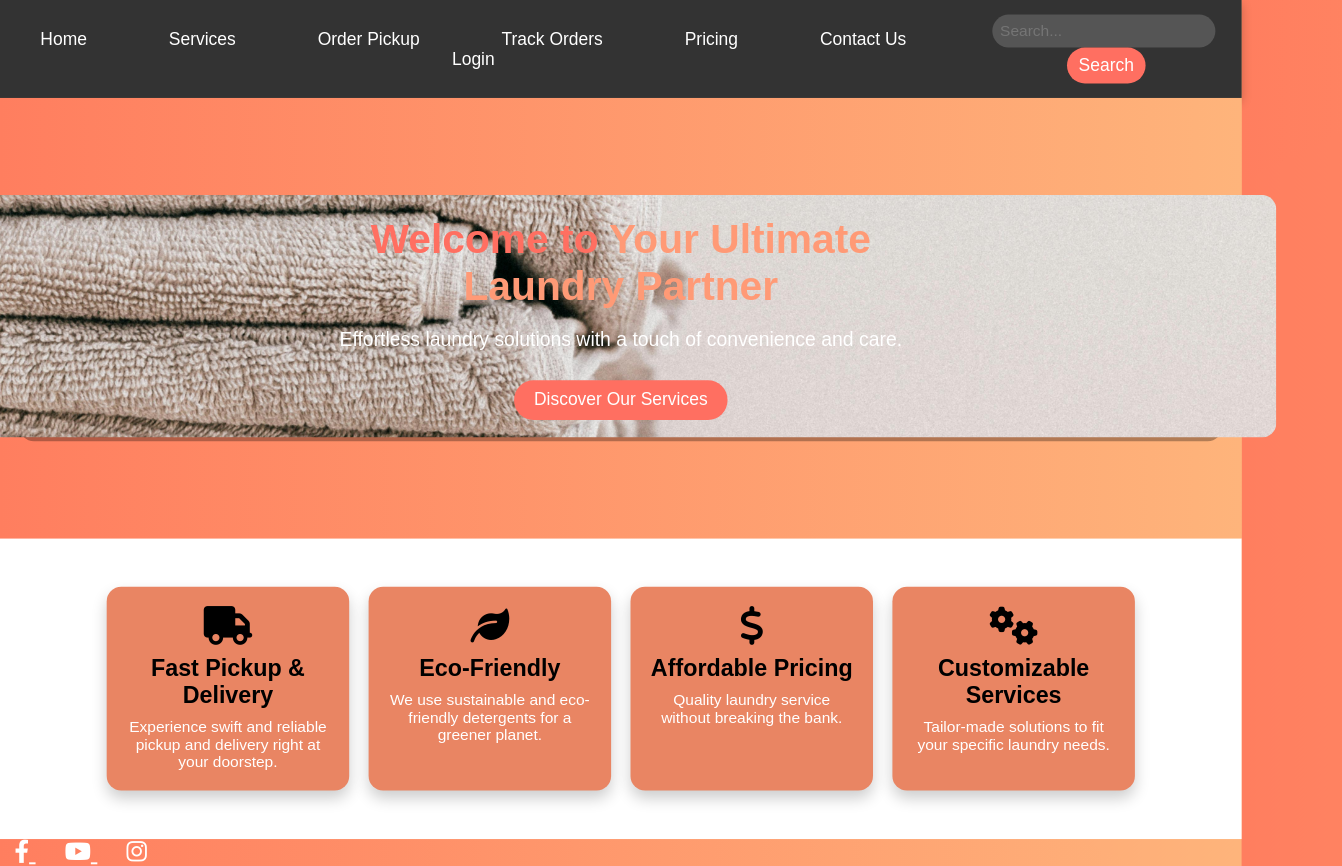
Repository: wmrmweerakoon/Online-Laundry-Management-System
Page: http://localhost/LaundryManagementSystem/home.jsp
An editor plug-in stored every save of this project. The page is shown before and after the next save, followed by the edit.
The browser window is 1280 px wide. The page is 1384 px wide, so the pictures cover 1384 px, including what lies to the right of the window. The pictures show the whole page, at 97% of full size.
The page is served by Tomcat 9. Other server files are loaded and not shown.

Above is the page before, as saved 2024-10-08 03:53:54.

### Projects/LaundryManagementSystem/src/main/webapp/home.jsp
<%@ page language="java" contentType="text/html; charset=UTF-8"
    pageEncoding="UTF-8"%>
<!DOCTYPE html>
<html lang="en">
<head>
    <meta charset="UTF-8">
    <meta name="viewport" content="width=device-width, initial-scale=1.0">
    <title>Online Laundry Management System</title>
    <link rel="stylesheet" href="CSS/home.css">
    <link rel="stylesheet" href="https://cdnjs.cloudflare.com/ajax/libs/font-awesome/6.0.0-beta3/css/all.min.css">
</head>
<body >
    <header>
        <nav>
            <ul>
                <li><a href="#">Home</a></li>
                <li><a href="services.jsp">Services</a></li>
                <li><a href="order.jsp">Order Pickup</a></li>
                <li><a href="track.jsp">Track Orders</a></li>
                <li><a href="pricing.jsp">Pricing</a></li>
                <li><a href="contact.jsp">Contact Us</a></li>
                <li><a href="Login.jsp">Login</a></li>
            </ul>
            <div class="search-container">
                <input type="text" id="search" placeholder="Search...">
                <button onclick="performSearch()">Search</button>
            </div>
        </nav>
    </header>

    <!-- Home Section with Slider -->
    <section class="home-section">
        <div class="slider">
            <img src="laundry1.jpg" alt="Laundry Service" class="slider-img" id="slider-img">
        </div>

        <div class="welcome-text">
            <h1>Welcome to <span class="highlight">Your Ultimate Laundry Partner</span></h1>
            <p>Effortless laundry solutions with a touch of convenience and care.</p>
            <button onclick="window.location.href='services.jsp'">Discover Our Services</button>
        </div>
    </section>

    <!-- New Information Section -->
    <section class="info-section">
        <div class="info-cards">
            <div class="info-card">
                <i class="fas fa-truck"></i>
                <h3>Fast Pickup & Delivery</h3>
                <p>Experience swift and reliable pickup and delivery right at your doorstep.</p>
            </div>
            <div class="info-card">
                <i class="fas fa-leaf"></i>
                <h3>Eco-Friendly</h3>
                <p>We use sustainable and eco-friendly detergents for a greener planet.</p>
            </div>
            <div class="info-card">
                <i class="fas fa-dollar-sign"></i>
                <h3>Affordable Pricing</h3>
                <p>Quality laundry service without breaking the bank.</p>
            </div>
            <div class="info-card">
                <i class="fas fa-cogs"></i>
                <h3>Customizable Services</h3>
                <p>Tailor-made solutions to fit your specific laundry needs.</p>
            </div>
        </div>
    </section>

    <!-- Social Media Footer -->
    <footer class="social-media">
        <a href="https://www.facebook.com" target="_blank" class="social-icon">
            <i class="fab fa-facebook-f"></i>
        </a>
        <a href="https://www.youtube.com" target="_blank" class="social-icon">
            <i class="fab fa-youtube"></i>
        </a>
        <a href="https://www.instagram.com" target="_blank" class="social-icon">
            <i class="fab fa-instagram"></i>
        </a>
    </footer>

    <script >

    		function exploreServices() {
        alert("Explore our services including washing, ironing, dry cleaning, and more!");
    }

    function performSearch() {
        var query = document.getElementById("search").value;
        if (query) {
            alert("Searching for: " + query);
        } else {
            alert("Please enter a search term.");
        }
    }
    const images = ['CSS/image1.jpg', 'CSS/image2.jpg', 'CSS/image3.jpg'];
    let currentIndex = 0;

    function changeImage() {
        const sliderImg = document.getElementById('slider-img');
        currentIndex = (currentIndex + 1) % images.length; // Cycle through images
        sliderImg.src = images[currentIndex];
    }

    // Change image every 3 seconds
    setInterval(changeImage, 3000);
    </script>
</body>
</html>

### Projects/LaundryManagementSystem/src/main/webapp/CSS/home.css
@charset "UTF-8";
/* Define CSS Variables for easy customization */
:root {
    --primary-color: #ff6f61 !important; /* Coral Pink */
    --secondary-color: #ff9a76 !important; /* Light Coral */
    --accent-color: #ffffff !important; /* White */
    --hover-color: #ff4824 !important; /* Darker Coral */
    --menu-bg-color: #333 !important; /* Darker gray for menu bar */
    --menu-hover-bg-color: #444 !important; /* Slightly lighter gray for hover */
    --menu-text-color: #ffffff !important; /* White text for contrast */
    --search-bar-bg: #555 !important; /* Medium dark background for search bar */
    --bg-gradient-start: #f8f9fa !important; /* Light Gradient Start */
    --bg-gradient-end: #e0f7fa !important;  /* Light Teal Gradient End */
    --text-primary: #212529 !important; /* Darker text color */
    --button-hover-color: #ff4824 !important; /* Deep Coral */
}

* {
    margin: 0 !important;
    padding: 0 !important;
    box-sizing: border-box !important;
}

body {
    font-family: 'Arial', sans-serif !important;
    background: linear-gradient(to right, #ff7e5f, #feb47b) !important; /* Colorful gradient */
    color: var(--text-primary) !important;
}

/* The rest of your CSS remains unchanged */


/* Darker Menu Bar */
header {
    background-color: var(--menu-bg-color) !important;
    padding: 15px 0 !important;
    box-shadow: 0 4px 10px rgba(0, 0, 0, 0.2) !important;
}

nav {
    text-align: center !important;
    display: flex !important;
    justify-content: center !important;
    align-items: center !important;
    position: relative !important;
}

nav ul {
    list-style-type: none !important;
}

nav ul li {
    display: inline-block !important;
    margin: 0 20px !important;
    position: relative !important;
}

nav ul li a {
    color: var(--menu-text-color) !important; /* White text on darker background */
    text-decoration: none !important;
    font-size: 18px !important;
    padding: 12px 20px !important;
    transition: background-color 0.3s ease, transform 0.2s ease !important;
    position: relative !important;
    border-radius: 8px !important;
}

nav ul li a:hover {
    background-color: var(--menu-hover-bg-color) !important; /* Slightly lighter gray */
    transform: scale(1.05) !important;
    box-shadow: 0 4px 10px rgba(0, 0, 0, 0.2) !important;
}

nav ul li a::after {
    content: '' !important;
    position: absolute !important;
    width: 0 !important;
    height: 3px !important;
    background-color: var(--primary-color) !important; /* Coral underline on hover */
    left: 0 !important;
    bottom: 0 !important;
    transition: width 0.3s ease !important;
}

nav ul li a:hover::after {
    width: 100% !important;
}

/* Search Bar */
.search-container {
    display: inline-block !important;
    vertical-align: middle !important;
    margin-left: 20px !important;
}

.search-container input {
    padding: 8px !important;
    font-size: 16px !important;
    border: none !important;
    border-radius: 20px !important;
    width: 230px !important;
    background-color: var(--search-bar-bg) !important; /* Medium dark background for search */
    color: var(--accent-color) !important; /* White text in search bar */
    outline: none !important;
    transition: all 0.3s ease !important;
}

.search-container input:focus {
    width: 270px !important;
    background-color: #666 !important;
}

.search-container button {
    padding: 8px 12px !important;
    background-color: var(--primary-color) !important;
    color: var(--accent-color) !important;
    border: none !important;
    border-radius: 20px !important;
    cursor: pointer !important;
    margin-left: 5px !important;
}

.search-container button:hover {
    background-color: var(--hover-color) !important;
    box-shadow: 0 4px 6px rgba(0, 0, 0, 0.2) !important;
}

/* Home Section */
/* Home Section */
.home-section {
    text-align: center !important;
    padding: 100px 20px !important;
    background: linear-gradient(to right, #ff7e5f, #feb47b) !important; /* Updated gradient */
    position: relative !important;
}


.slider {
    position: relative !important;
}

.slider-img {
    width: 110% !important;
    height: 250px !important;
    object-fit: cover !important;
    border-radius: 15px !important;
    transition: transform 0.3s ease-in-out !important;
    transform: translateX(-5%) !important;
}

.slider::before {
    content: '' !important;
    position: absolute !important;
    top: 0 !important;
    left: 0 !important;
    width: 100% !important;
    height: 100% !important;
    background: rgba(0, 0, 0, 0.3) !important; /* Adjust color and opacity as needed */
    border-radius: 15px !important;
}

.welcome-text {
    position: absolute !important;
    top: 50% !important;
    left: 50% !important;
    transform: translate(-50%, -50%) !important;
    color: var(--accent-color) !important;
}

.welcome-text h1 {
    font-size: 42px !important;
    color: var(--primary-color) !important;
    margin-bottom: 20px !important;
}

.welcome-text p {
    font-size: 20px !important;
    margin-bottom: 30px !important;
}

.welcome-text .highlight {
    color: var(--secondary-color) !important;
}

button {
    padding: 10px 20px !important;
    font-size: 18px !important;
    background-color: var(--primary-color) !important;
    color: var(--accent-color) !important;
    border: none !important;
    cursor: pointer !important;
    border-radius: 20px !important;
    transition: background-color 0.3s ease, transform 0.3s ease !important;
}

button:hover {
    background-color: var(--button-hover-color) !important;
    transform: scale(1.05) !important;
}

/* New Information Section Styling */
.info-section {
    text-align: center !important;
    padding: 50px 20px !important;
    background: #fff; /* Set this to the desired background color for cards */
    color: var(--text-primary) !important;
}

.info-cards {
    display: flex !important;
    justify-content: center !important;
    flex-wrap: wrap !important;
    gap: 20px !important;
}

.info-card {
    background-color: #4a90e2 !important; /* Soft Blue background color for cards */
    border-radius: 15px !important;
    padding: 20px !important;
    width: 250px !important;
    text-align: center !important;
    box-shadow: 0 8px 15px rgba(0, 0, 0, 0.2) !important;
    transition: transform 0.3s ease, box-shadow 0.3s ease, background-color 0.3s ease !important;
}

./* New Information Section Styling */
.info-section {
    text-align: center !important;
    padding: 50px 20px !important;
    background: #f7f7f7; /* Light grey background for better contrast */
    color: var(--text-primary) !important;
}

.info-cards {
    display: flex !important;
    justify-content: center !important;
    flex-wrap: wrap !important;
    gap: 20px !important;
}

.info-card {
    background-color: #e98563!important; /* Soft Green background color for cards */
    border-radius: 15px !important;
    padding: 20px !important;
    width: 250px !important;
    text-align: center !important;
    box-shadow: 0 8px 15px rgba(0, 0, 0, 0.2) !important;
    transition: transform 0.3s ease, box-shadow 0.3s ease, background-color 0.3s ease !important;
}

.info-card i {
    font-size: 40px !important;
    color: #000000!important; /* White icon color for better visibility */
    margin-bottom: 10px !important;
}

.info-card h3 {
    font-size: 24px !important;
    color: #000000!important; /* White text color for better visibility */
    margin-bottom: 10px !important;
}

.info-card p {
    font-size: 16px !important;
    color: #ffffff !important; /* White text color for better visibility */
}

.info-card:hover {
    transform: scale(1.05) !important;
    box-shadow: 0 12px 20px rgba(0, 0, 0, 0.3) !important;
    background-color: #3d9e3b !important; /* Darker Green on hover */
}


.social-media a {
    color: var(--accent-color) !important;
    font-size: 24px !important;
    margin: 0 15px !important;
    transition: color 0.3s ease !important;
}

.social-media a:hover {
    color: var(--primary-color) !important;
}

After the next save:
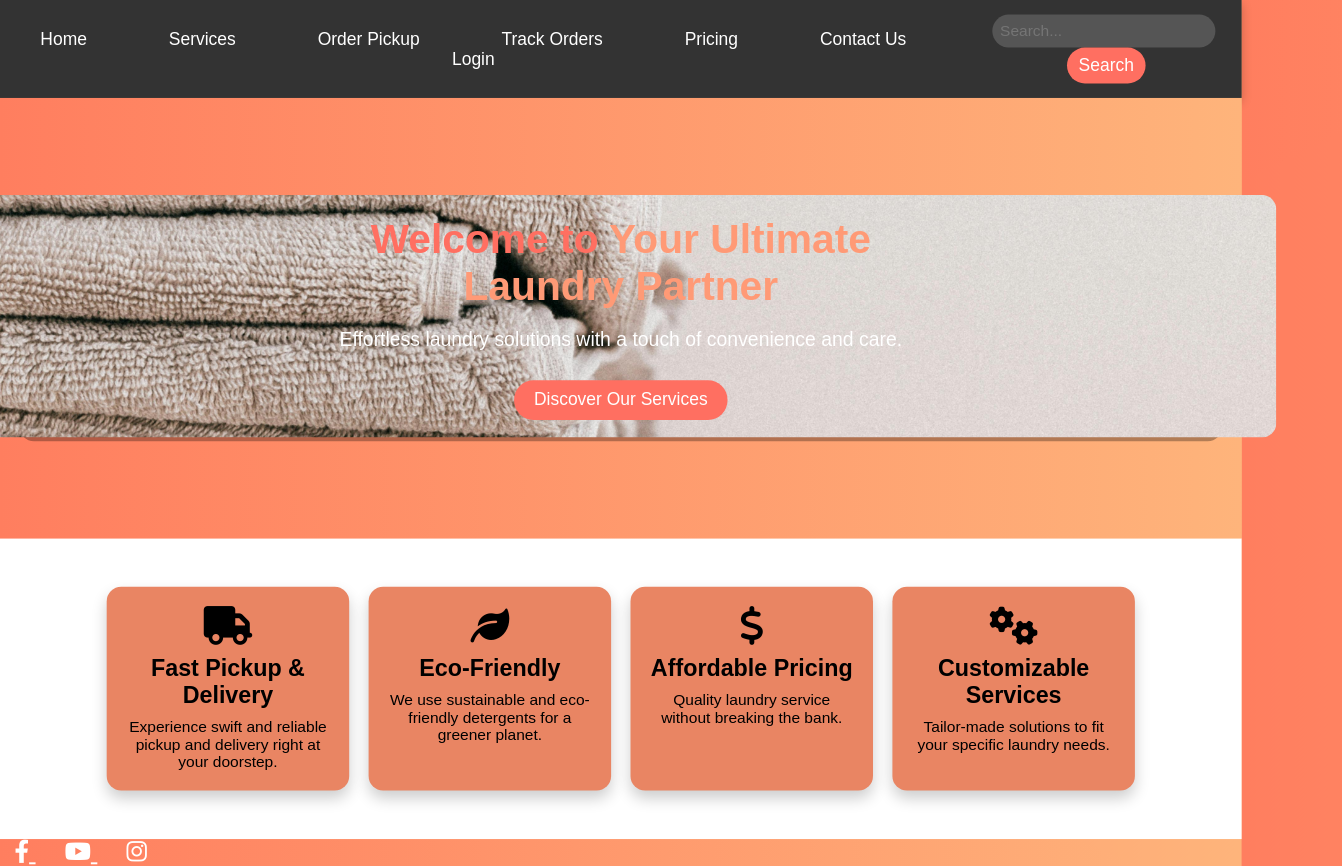
Saved 23 s later.
--- a/Projects/LaundryManagementSystem/src/main/webapp/CSS/home.css
+++ b/Projects/LaundryManagementSystem/src/main/webapp/CSS/home.css
@@ -262,7 +262,7 @@ button:hover {
 
 .info-card p {
     font-size: 16px !important;
-    color: #ffffff !important; /* White text color for better visibility */
+    color: #000000!important; /* White text color for better visibility */
 }
 
 .info-card:hover {
